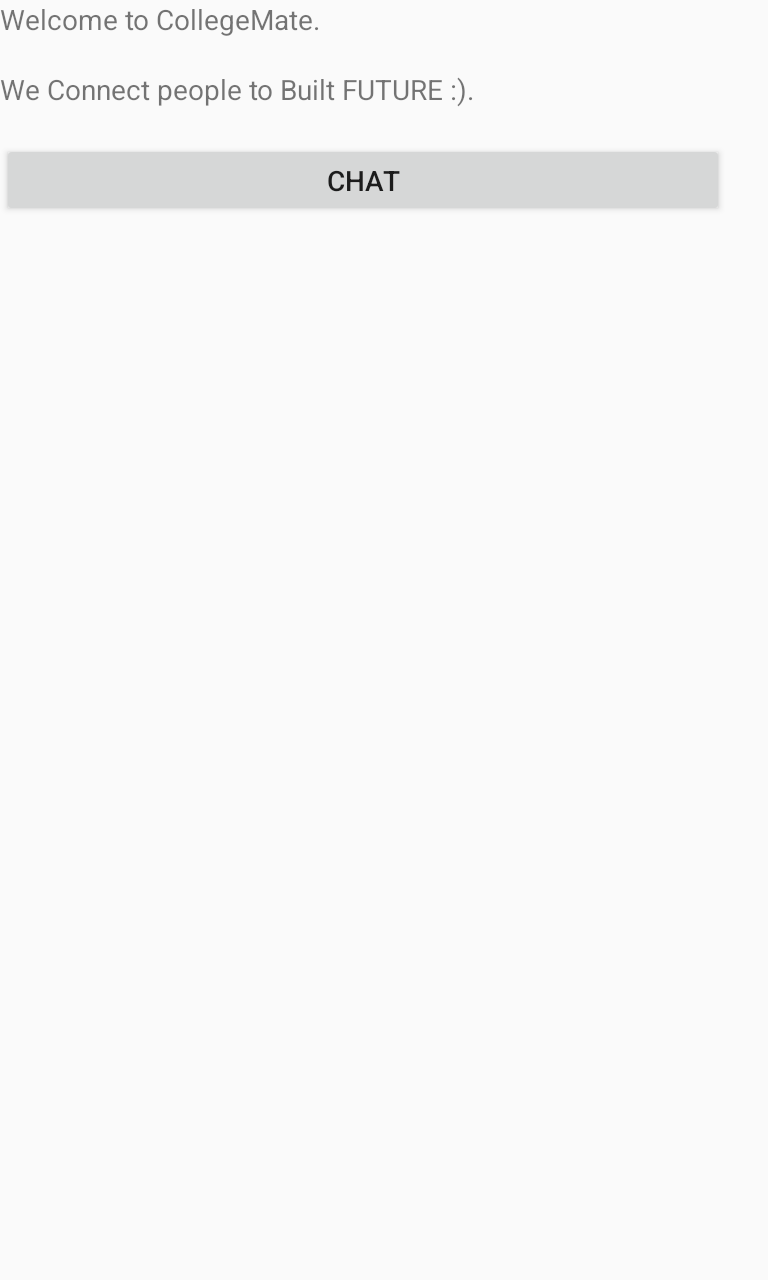
Repository: Prasannakumarb/CollegeMate
Layout: CollegeMate/CollegeMate/res/layout/activity_basic_home_screen.xml
The author's editor kept a copy of each file at every save. The layout is drawn from the files as they stood at one save, then again after the next save.
It is drawn on a 768 x 1280 px phone screen (xhdpi) without system bars, with theme AppTheme; the app's code is not run.

Above is the layout before, as saved 2014-06-28 17:56:32.

After the next save:
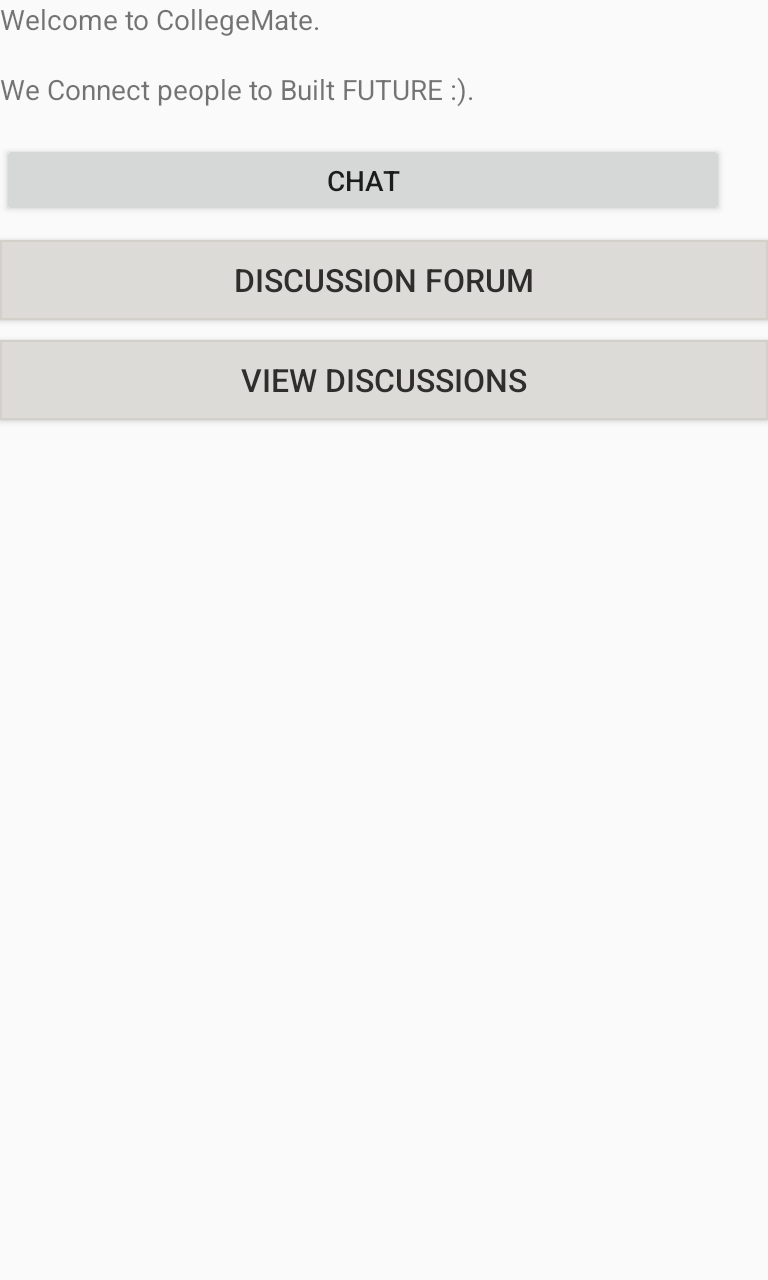
Saved 47 s later.
--- a/CollegeMate/CollegeMate/res/layout/activity_basic_home_screen.xml
+++ b/CollegeMate/CollegeMate/res/layout/activity_basic_home_screen.xml
@@ -32,5 +32,33 @@
         android:onClick="Chatwindow"
         />
 
+           <Button
+        android:id="@+id/discussion"
+        android:layout_width="match_parent"
+        android:layout_height="40dp"
+        android:layout_alignLeft="@+id/admin"
+        android:layout_alignRight="@+id/admin"
+        android:layout_below="@+id/student"
+        android:layout_marginTop="10dp"
+        android:background="@drawable/buttonbg"
+        android:onClick="discussion_forum_view"
+        android:text="@string/disc_forum"
+        android:textColor="@color/defaultTextColor"
+        android:textSize="16sp" />
+
+    <Button
+        android:id="@+id/viewdiscussions"
+        android:layout_width="match_parent"
+        android:layout_height="40dp"
+        android:layout_alignLeft="@+id/admin"
+        android:layout_alignRight="@+id/admin"
+        android:layout_below="@+id/discussion"
+        android:layout_marginTop="10dp"
+        android:background="@drawable/buttonbg"
+        android:onClick="discussion_forum_list"
+        android:text="@string/disc_forum_view"
+        android:textColor="@color/defaultTextColor"
+        android:textSize="16sp" />
+
      </LinearLayout>
  </FrameLayout>
